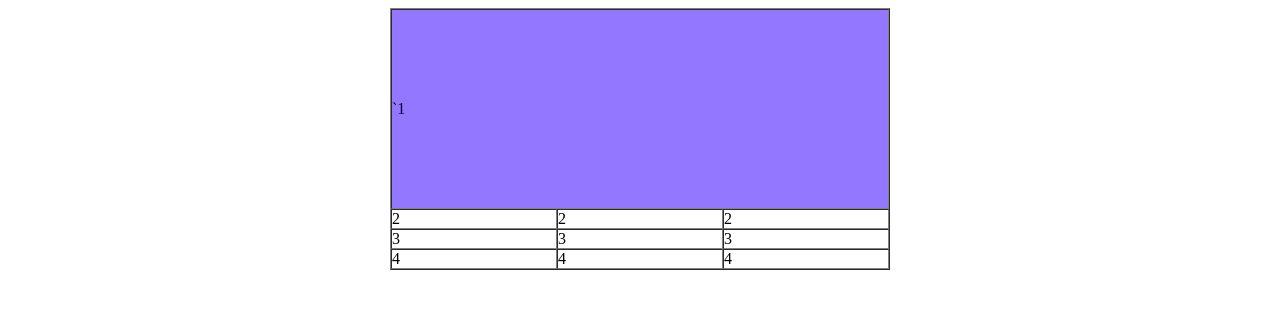
Repository: l897284707/0913
Page: page06表格做QQ.html
These files come from the project's save history. The page is drawn as it stood at one moment and after the next save; the edit follows.
The browser window is 1280 px wide. The pictures show the whole page.

Above is the page before, as saved 2022-09-13 18:00:35.

After the next save:
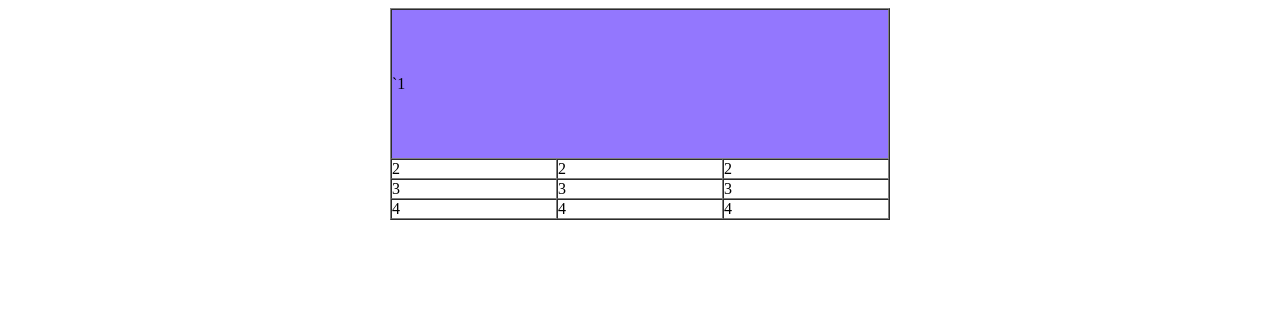
Saved 6 s later.
--- a/page06表格做QQ.html
+++ b/page06表格做QQ.html
@@ -10,7 +10,7 @@
 
 <body>
     <table border="1" cellspacing="0" cellpadding="0" align="center" width="500">
-        <tr style="background-color:#9377fe ; height: 200px;">
+        <tr style="background-color:#9377fe ; height: 150px;">
             <td colspan="3">
                 `1
             </td>
